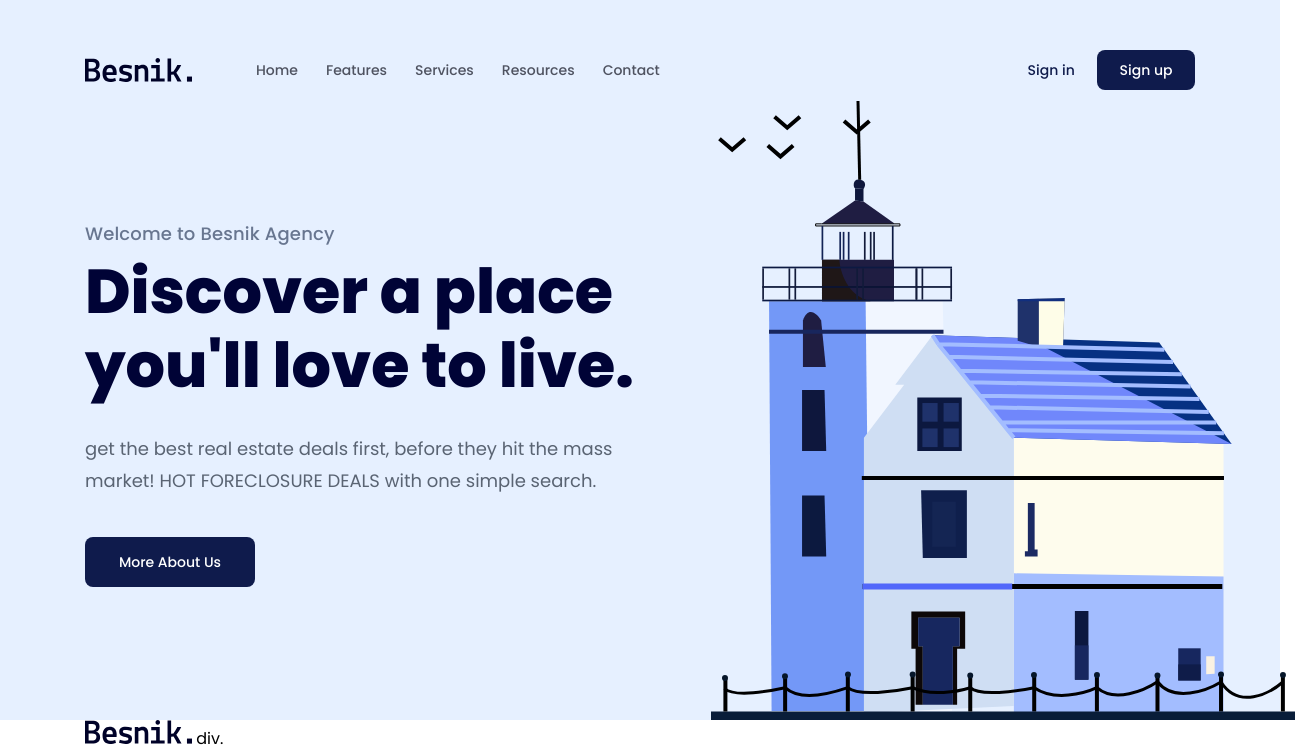
Repository: trungnguyen131/froject-01
Page: index.html
These files come from the project's save history. The page is drawn as it stood at one moment and after a run of saves; the edit follows.
The browser window is 1280 px wide. The page is 1295 px wide, so the pictures cover 1295 px, including what lies to the right of the window. The pictures show the whole page.

Above is the page before, as saved 2024-02-26 00:26:03.

After the next 6 saves:
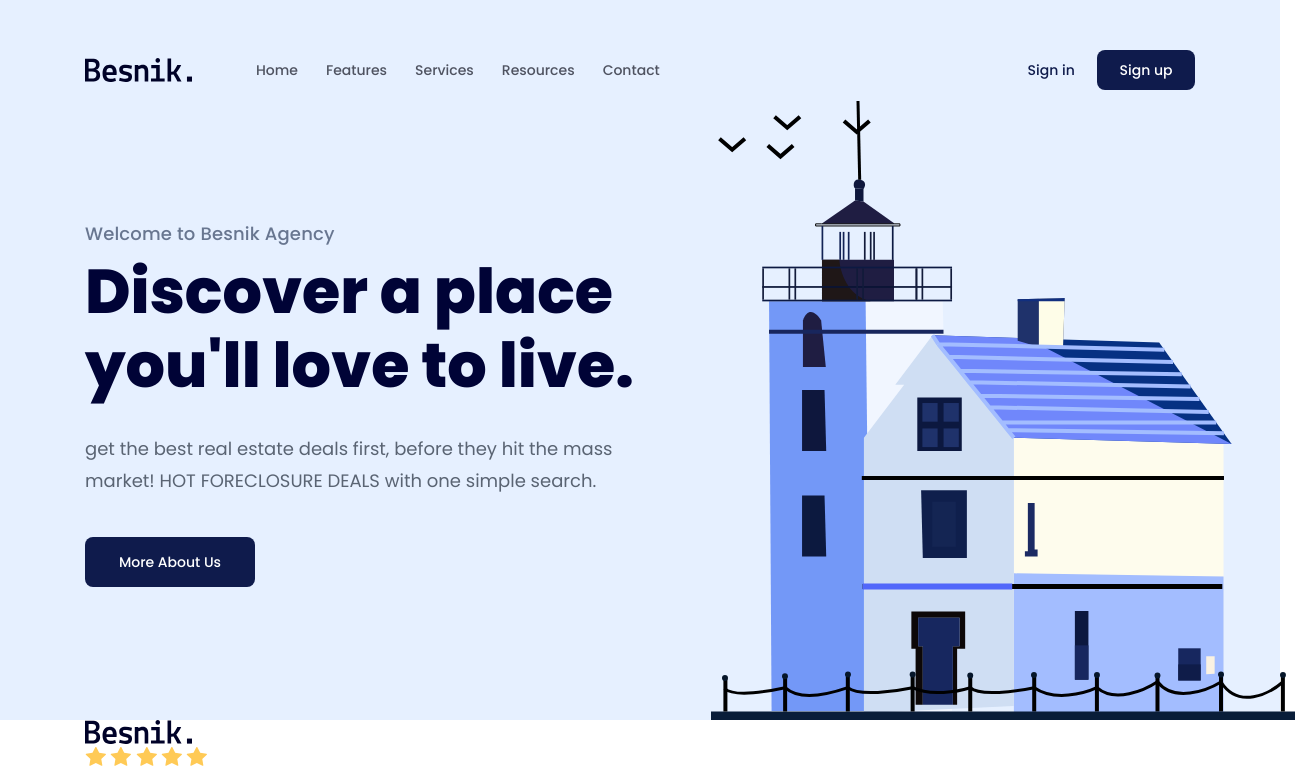
The 6 saves are shown as one change because they came seconds apart.
The last was saved 8 min 45 s later.
--- a/index.html
+++ b/index.html
@@ -51,7 +51,13 @@
                     <!-- Logo -->
                     <img src="./assets/img/logo.svg" alt="Besnik.">
                     <!-- Stars -->
-                    div.
+                    <div class="stars">
+                        <img src="./assets/img/star.svg" alt="Star">
+                        <img src="./assets/img/star.svg" alt="Star">
+                        <img src="./assets/img/star.svg" alt="Star">
+                        <img src="./assets/img/star.svg" alt="Star">
+                        <img src="./assets/img/star.svg" alt="Star">
+                    </div>
                 </div>
             </div>
         </div>
